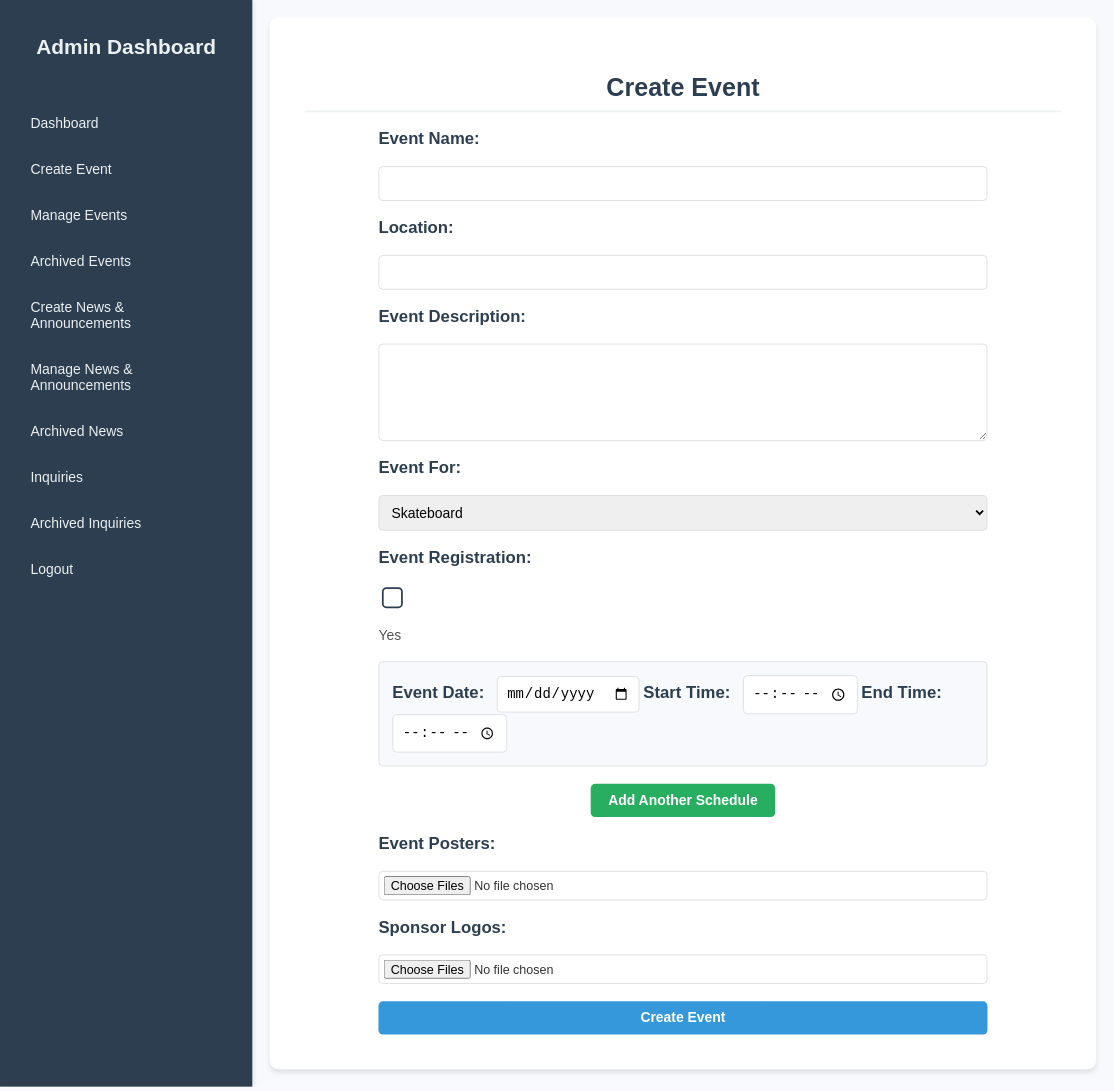
Repository: KharonKade/Capstone
Page: admin.html
These files come from the project's save history. The page is drawn as it stood at one moment and after the next save; the edit follows.
The browser window is 1280 px wide. The pictures show the whole page, at 87% of full size.

Above is the page before, as saved 2025-02-28 19:01:32.

After the next save:
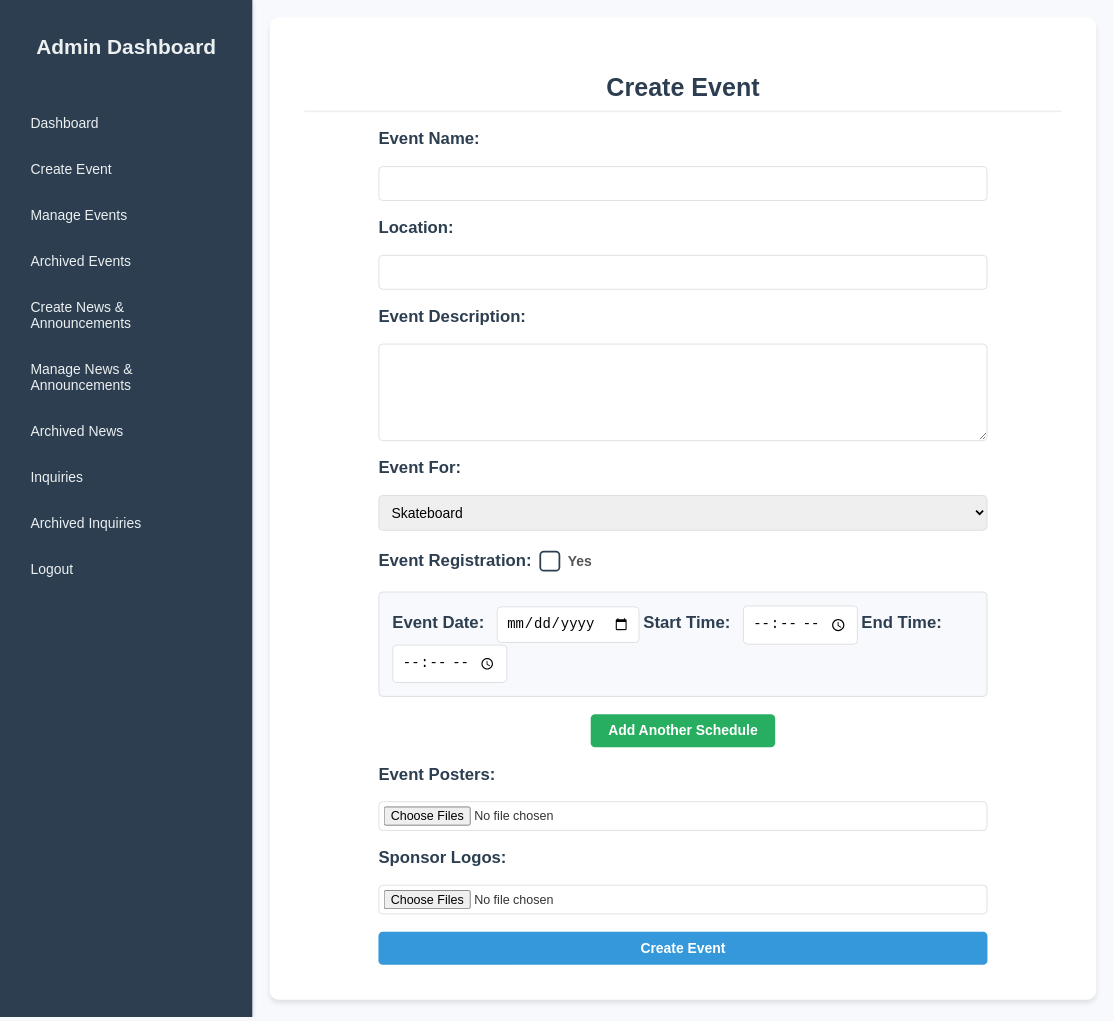
Saved 109 s later.
--- a/admin.html
+++ b/admin.html
@@ -44,9 +44,11 @@
                     <option value="all">All</option>
                 </select>
 
-                <label for="registration">Event Registration:</label>
-                <input type="checkbox" name="registration" id="registration" value="1">
-                <span>Yes</span>
+                <label for="registration">
+                    Event Registration:
+                    <input type="checkbox" name="registration" id="registration" value="1">
+                    <span>Yes</span>
+                </label>
 
                 <div id="schedule-container">
                     <div class="schedule-item">
